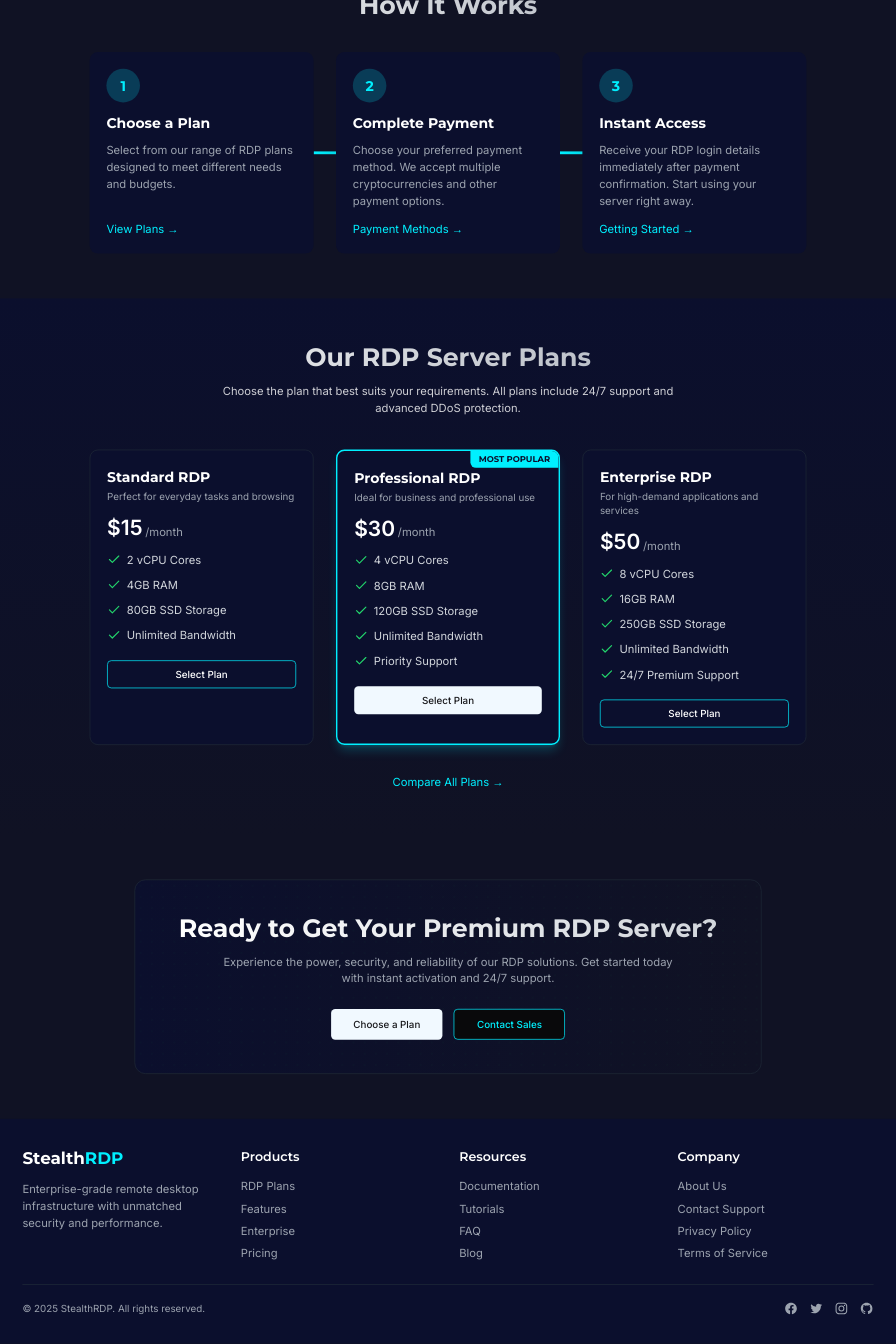
Repository: Husnainn01/stealthrdp2
Page: /
These files come from the project's save history. The page is drawn as it stood at one moment and after the next save; the edit follows.
The browser window is 1280 px wide. The pictures show the part of the page from y = 1625 to 3545 px (the page is 3545 px tall), at 70% of full size.
The project was rebuilt for these pictures with package versions that can differ from the ones it lists, and the page was loaded fresh each time. Also part of the build but not shown: vite.config.ts, src/components/ui/tooltip.tsx, src/components/ui/accordion.tsx, src/pages/FAQ.tsx, src/components/ui/card.tsx, src/components/ui/tabs.tsx, src/pages/Plans.tsx, src/pages/Features.tsx and 1 more.

Above is the page before, as saved 2025-05-05 23:10:19.

After the next save:
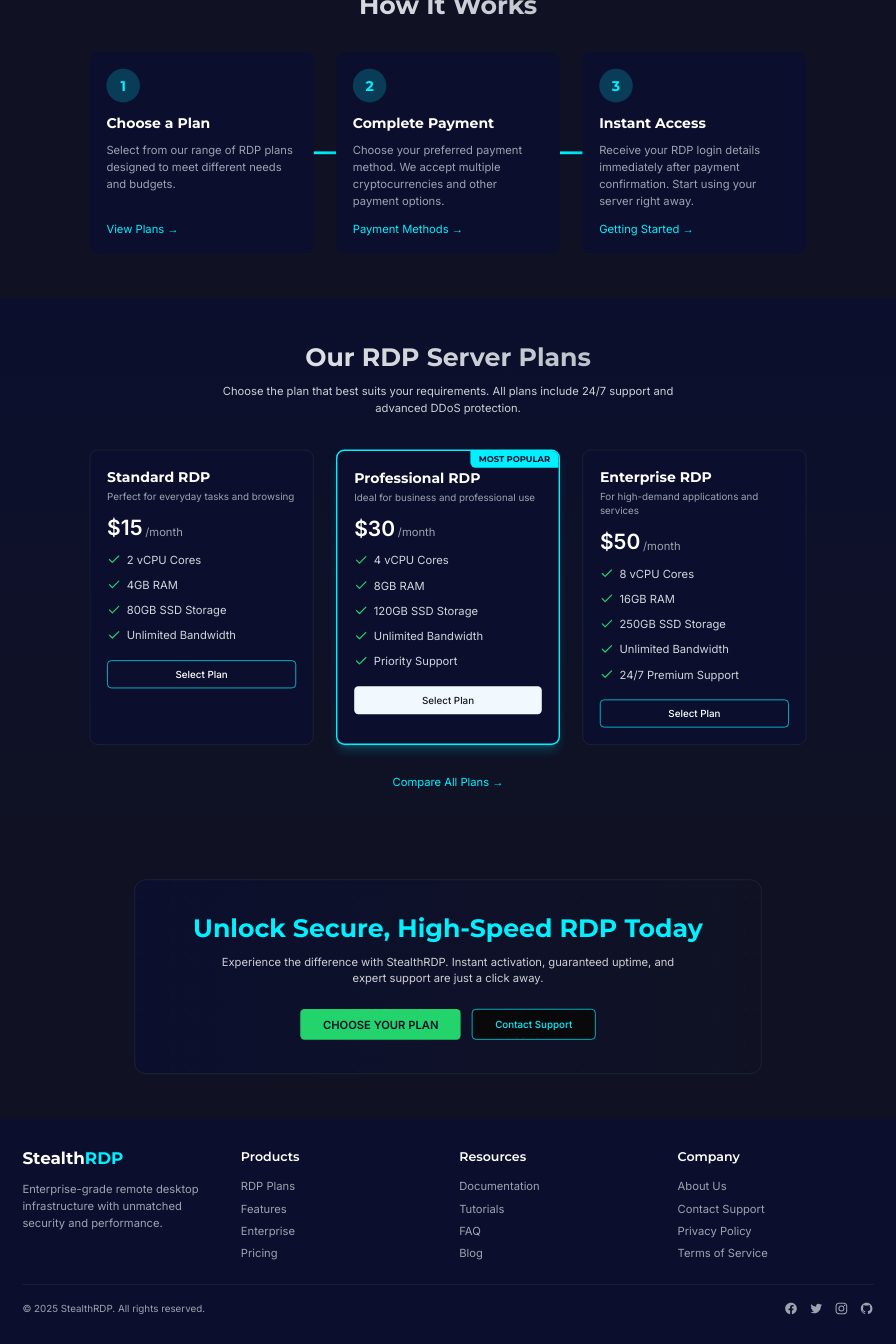
Saved 9 s later.
--- a/src/pages/Index.tsx
+++ b/src/pages/Index.tsx
@@ -322,18 +322,18 @@
             {/* Background Effect */}
             <div className="absolute inset-0 bg-[radial-gradient(#22D46B05_1px,transparent_1px)] [background-size:16px_16px]"></div>
             <div className="relative z-10 text-center">
-              <h2 className="text-3xl md:text-4xl font-bold font-montserrat mb-4 bg-gradient-to-r from-white to-gray-300 bg-clip-text text-transparent">
-                Ready to Get Your Premium RDP Server?
+              <h2 className="text-3xl md:text-4xl font-bold font-montserrat mb-4 text-electric">
+                Unlock Secure, High-Speed RDP Today
               </h2>
-              <p className="text-gray-400 mb-8 max-w-2xl mx-auto">
-                Experience the power, security, and reliability of our RDP solutions. Get started today with instant activation and 24/7 support.
+              <p className="text-white/80 mb-8 max-w-2xl mx-auto">
+                Experience the difference with StealthRDP. Instant activation, guaranteed uptime, and expert support are just a click away.
               </p>
               <div className="flex flex-col sm:flex-row justify-center gap-4">
-                <Button asChild size="lg" className="btn-electric">
-                  <Link to="/plans">Choose a Plan</Link>
+                <Button asChild size="lg" className="bg-cyber text-midnight hover:bg-cyber/90 font-bold uppercase text-base px-8 py-4">
+                  <Link to="/plans">Choose Your Plan</Link>
                 </Button>
                 <Button asChild variant="outline" size="lg" className="border-electric text-electric hover:bg-electric/10">
-                  <Link to="/contact">Contact Sales</Link>
+                  <a href="https://stealthrdp.com/dash/submitticket.php" target="_blank" rel="noopener noreferrer">Contact Support</a>
                 </Button>
               </div>
             </div>
